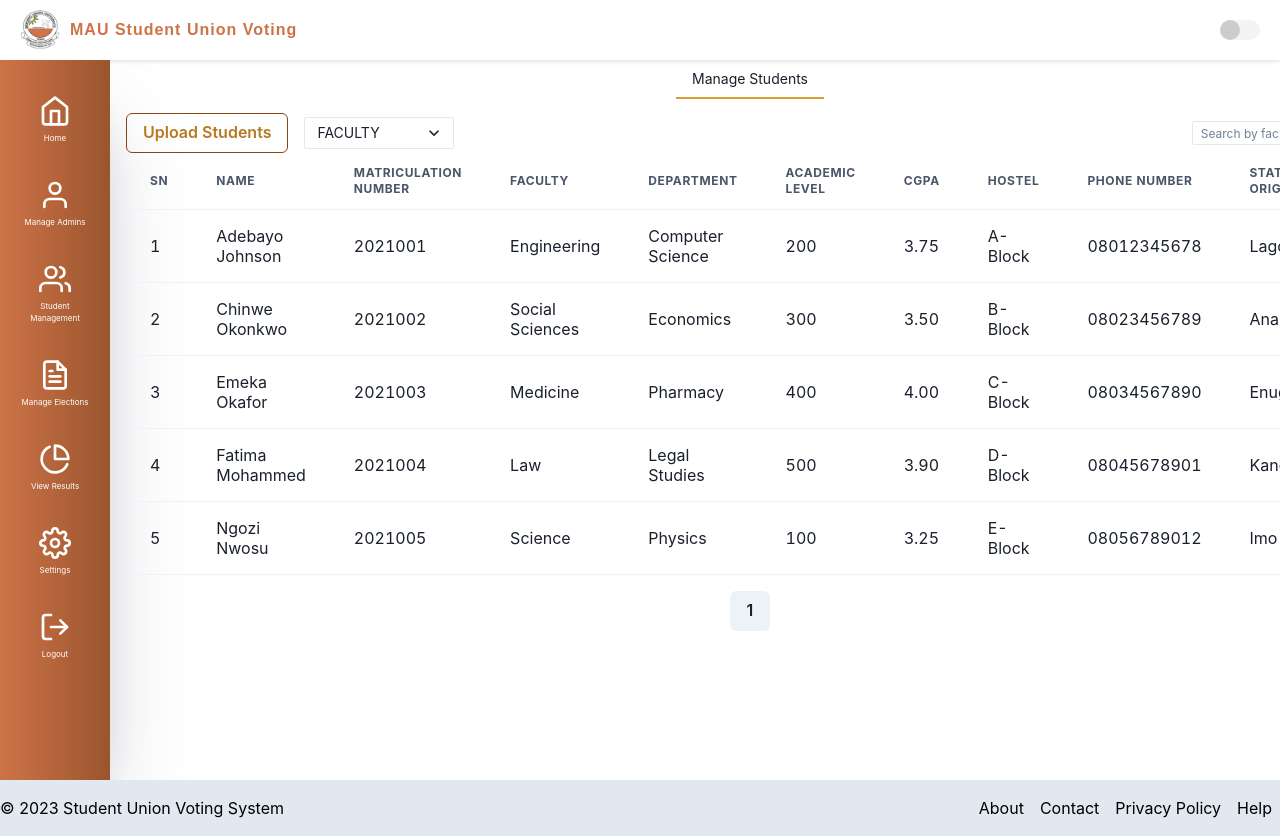
Repository: joena1o/e-vote
Page: /admin-dashboard/student-management
An editor plug-in stored every save of this project. The page is shown before and after the next save, followed by the edit.
The browser window is 1280 px wide. The pictures show the whole page.
The project was rebuilt for these pictures with package versions that can differ from the ones it lists, and the page was loaded fresh each time. Also part of the build but not shown: src/components/EnhancedLogin.js, src/components/BottomNav.js, src/api/index.js, src/components/maincontent/home/Home.styles.js, src/components/maincontent/home/Home.js, src/components/maincontent/RegisterStudents/RegisterStudents.js, src/components/maincontent/ElectionResults/ViewResults.js, src/components/maincontent/ElectionResults/report.js and 22 more.

Above is the page before, as saved 2023-12-15 06:31:02.

### src/index.js
import React from 'react';
import ReactDOM from 'react-dom/client';
import './index.css';
import App from './App';
import reportWebVitals from './reportWebVitals';
import Modal from 'react-modal';

// Set the app element for the modal for accessibility purposes
Modal.setAppElement('#root');

const root = ReactDOM.createRoot(document.getElementById('root'));
root.render(
  <React.StrictMode>
    <App />
  </React.StrictMode>
);

// If you want to start measuring performance in your app, pass a function
// to log results (for example: reportWebVitals(console.log))
// or send to an analytics endpoint. Learn more: https://bit.ly/CRA-vitals
reportWebVitals();

### src/App.js
import React from 'react';
import { BrowserRouter as Router, Routes, Route, Navigate } from 'react-router-dom';
import EnhancedLogin from './components/EnhancedLogin';
import AdminDashboard from './components/AdminDashboard';
import StudentDashboard from './components/StudentDashboard';
import { ChakraProvider, ColorModeProvider, Button, useColorMode } from '@chakra-ui/react';
import { Provider } from 'react-redux';
import store from './Redux/store';
import ElectionCommitteeDashboard from './components/maincontent/ElectionCommitteeDashboard';


// Component to toggle dark mode
function DarkModeToggle() {
  const { colorMode, toggleColorMode } = useColorMode();
  return (
    <Button onClick={toggleColorMode} position="fixed" m={4} zIndex={10}>
      Toggle {colorMode === 'light' ? 'Dark' : 'Light'}
    </Button>
  );
}

function App() {
  // Check if the current route is not the "/login" route, then render the DarkModeToggle
  // const isLoginPage = window.location.pathname === '/login';

  return (
    <Provider store={store}>
      <ChakraProvider>
        <ColorModeProvider options={{ useSystemColorMode: true }}>
          <Router>
            <Routes>
              {/* Define your routes */}
              <Route path="/login" element={<EnhancedLogin />} />
              <Route path="/admin-dashboard/*" element={<AdminDashboard />} />
              <Route path="/ElectionCommittee-dashboard/*" element={<ElectionCommitteeDashboard />} />
              <Route path='/student-dashboard/*' element={<StudentDashboard />} />
              {/* Redirect root to /admin-dashboard */}
              <Route path="/" element={<Navigate to="/admin-dashboard" replace />} />
            </Routes>
          </Router>
          {/* Render DarkModeToggle only if not on the "/login" page */}
          {/* {!isLoginPage && <DarkModeToggle />} */}
        </ColorModeProvider>
      </ChakraProvider>
    </Provider>
  );
}

export default App;

### src/components/AdminDashboard.js
// AdminDashboard.js
import React from 'react';
import { Routes, Route, Navigate } from 'react-router-dom';
import styled from 'styled-components';
import Sidebar from './Sidebar';
import Navbar from './Navbar';
import Footer from './Footer';
import BottomNav from './BottomNav';
import Home from './maincontent/home/Home';
import StudentManagement from './maincontent/RegisterStudents/StudentManagement';
import ViewResults from './maincontent/ElectionResults/ViewElectionResults';
import Settings from './maincontent/Settings/Settings';
import ManageAdmin from './maincontent/ManageAdmins/ManageAdmins';
import ManageElections from './maincontent/ManageElections/ManageElections';
import ElectionVotesLog from './maincontent/ElectionResults/report';

// Define styled components
const Container = styled.div`
  display: flex;
  flex-direction: column;
  min-height: 100vh;
`;

const Content = styled.div`
  display: flex;
  flex: 1;
  overflow-y: auto; /* Allow content to scroll */
  @media (max-width: 768px) {
    flex-direction: column;
  }
`;

const SidebarContainer = styled.div`
  width: 10%; /* Set the width of the sidebar for desktop view */
  @media (max-width: 768px) {
    width: 100%; /* Full width in mobile view */
  }
`;

const BottomNavContainer = styled.div`
  position: fixed;
  bottom: 0;
  width: 100%;
  z-index: 1000;
`;

const AdminDashboardContainer = styled.div`
  @media (max-width: 768px) {
    position: relative;
  }
`;

const AdminDashboard = () => {
  const isSmallScreen = window.innerWidth <= 768;

  return (
    <AdminDashboardContainer>
      <Container>
        {!isSmallScreen && <Navbar />}
        <Content>
          {!isSmallScreen && <SidebarContainer><Sidebar /></SidebarContainer>}
          <Routes>
            <Route index element={<Navigate to="/home" replace />} />
            <Route path="home" element={<Home />} />
            <Route path="student-management" element={<StudentManagement />} />
            <Route path="view-results" element={<ViewResults />} />
            <Route path="settings" element={<Settings />} />
            <Route path="manage-admin" element={<ManageAdmin />} />
            <Route path="manage-elections" element={<ManageElections />} />
            <Route path="election-Results" element={<ElectionVotesLog />} />
          </Routes>
        </Content>
        {isSmallScreen && (
          <BottomNavContainer>
            <BottomNav />
          </BottomNavContainer>
        )}
        {!isSmallScreen && <Footer />}
      </Container>
    </AdminDashboardContainer>
  );
};

export default AdminDashboard;

### src/Redux/store.js
import { configureStore } from '@reduxjs/toolkit';
import electionReducer from './electionSlice';
import studentsReducer from './studentsSlice';
import candidatesReducer from './CandidateSlice'; // Import the candidates reducer

const store = configureStore({
  reducer: {
    elections: electionReducer,
    students: studentsReducer,
    candidates: candidatesReducer, // Add the candidates reducer here
  },
});

export default store;

### src/components/Sidebar.js
import React from 'react';
import styled from 'styled-components';
import { Link } from 'react-router-dom';
import { FiHome, FiUser, FiUsers, FiFileText, FiSettings, FiLogOut, FiPieChart } from 'react-icons/fi';
import { useColorMode } from '@chakra-ui/react';

const SidebarContainer = styled.nav`
  background: ${props => (props.theme === 'dark' ? '#333' : 'linear-gradient(to right, #ce7348, #9a552e)')};
  padding: 15px;
  height: 100vh;
  color: #fff;
  box-shadow: rgba(50, 50, 93, 0.25) 0px 50px 100px -20px, rgba(0, 0, 0, 0.3) 0px 30px 60px -30px;
  display: flex;
  flex-direction: column;
`;

const LinkList = styled.ul`
  list-style-type: none;
  padding: 0;
  flex: 1;
`;

const StyledLink = styled(Link)`
  text-decoration: none;
  color: #fff;
  display: flex;
  flex-direction: column;
  align-items: center;
  transition: color 0.3s ease;
  margin-bottom: 15px;
  cursor: pointer;
  font-size: 0.5rem;

  &:hover {
    color: #fce364;
  }

  width: 80px;
  text-align: center;
  word-wrap: break-word;
  overflow-wrap: break-word;

  @media (max-width: 768px) {
    font-size: 0.4rem;
  }

  @media (max-width: 480px) {
    font-size: 0.3rem;
  }
`;

const LinkItem = styled.li`
  display: flex;
  align-items: center;
  margin-top: 20px;
`;

const Icon = styled.div`
  font-size: 2rem;
  color: #fff;

  @media (max-width: 768px) {
    font-size: 0.9rem;
  }

  @media (max-width: 480px) {
    font-size: 0.8rem;
  }

  margin-bottom: 5px;

  ${StyledLink}:hover & {
    color: #fce364;  // Change icon color when the link is hovered
  }
`;

function Sidebar() {
  const { colorMode } = useColorMode();

  return (
    <SidebarContainer theme={colorMode}>
      <LinkList>
        <LinkItem>
          <StyledLink to="/admin-dashboard">
            <Icon><FiHome /></Icon>
            Home
          </StyledLink>
        </LinkItem>
        <LinkItem>
          <StyledLink to="/admin-dashboard/manage-admin">
            <Icon><FiUser /></Icon>
            Manage Admins
          </StyledLink>
        </LinkItem>
        <LinkItem>
          <StyledLink to="/admin-dashboard/student-management">
            <Icon><FiUsers /></Icon>
            Student Management
          </StyledLink>
        </LinkItem>
        <LinkItem>
          <StyledLink to="/admin-dashboard/manage-elections">
            <Icon><FiFileText /></Icon>
            Manage Elections
          </StyledLink>
        </LinkItem>
        <LinkItem>
          <StyledLink to="/admin-dashboard/view-results">
            <Icon><FiPieChart /></Icon>
            View Results
          </StyledLink>
        </LinkItem>
        <LinkItem>
          <StyledLink to="/admin-dashboard/settings">
            <Icon><FiSettings /></Icon>
            Settings
          </StyledLink>
        </LinkItem>
        <LinkItem>
          <StyledLink to="/logout">
            <Icon><FiLogOut /></Icon>
            Logout
          </StyledLink>
        </LinkItem>
      </LinkList>
    </SidebarContainer>
  );
}

export default Sidebar;

### src/components/Navbar.js
import React from 'react';
import styled, { createGlobalStyle } from 'styled-components';
import logo from '../assets/school_logo.jpg';
import { useColorMode } from '@chakra-ui/react';

const GlobalStyle = createGlobalStyle`
  body {
    background-color: ${props => (props.theme === 'dark' ? '#333' : '#fff')};
    color: ${props => (props.theme === 'dark' ? '#fff' : '#000')}; // Set other component texts to black in light mode
  }
`;

const Header = styled.header`
  background: ${props => (props.theme === 'dark' ? '#333' : '#fff')};
  color: ${props => (props.theme === 'dark' ? '#fff' : '#ce7348')}; // Set navbar text to brown in light mode
  padding: 10px 20px;
  display: flex;
  align-items: center;
  justify-content: flex-start;
  box-shadow: 0px 2px 4px rgba(0, 0, 0, 0.1);
  font-family: 'Poppins', sans-serif;
`;


const Logo = styled.img`
  width: 40px;
  height: 40px;
  border-radius: 20px;
  margin-right: 10px;
`;

const Title = styled.h1`
  margin: 0;
  padding: 0;
  font-size: 1rem;
  font-weight: 600;
  letter-spacing: 1px;
`;

const ToggleSlider = styled.label`
  display: flex;
  align-items: center;
  cursor: pointer;
  margin-left: auto;
`;

const SliderInput = styled.input.attrs({ type: 'checkbox' })`
  display: none;
`;

const Slider = styled.div`
  width: 40px;
  height: 20px;
  background-color: ${props => (props.theme === 'dark' ? '#333' : '#f4f4f4')};
  border-radius: 20px;
  position: relative;
  transition: background-color 0.3s ease;
  cursor: pointer;

  &::after {
    content: '';
    width: 20px;
    height: 20px;
    border-radius: 50%;
    background-color: ${props => (props.theme === 'dark' ? '#fff' : '#ccc')};
    position: absolute;
    top: 50%;
    transform: translateY(-50%);
    left: ${props => (props.theme === 'dark' ? '20px' : '0')};
    transition: left 0.3s ease;
  }
`;

function Navbar() {
  const { colorMode, toggleColorMode } = useColorMode();

  return (
    <>
      <GlobalStyle theme={colorMode} />
      <Header theme={colorMode}>
        <Logo src={logo} alt="University Logo" />
        <Title>MAU Student Union Voting</Title>
        <ToggleSlider>
          <SliderInput type="checkbox" onChange={toggleColorMode} />
          <Slider theme={colorMode} />
        </ToggleSlider>
      </Header>
    </>
  );
}

export default Navbar;

### src/components/Footer.js
import React from 'react';
import { Box, Flex, Text, Link } from '@chakra-ui/react';

const Footer = ({ colorMode }) => {
  const handleDownloadDocumentation = () => {

    const pdfUrl = '/path/to/your/documentation.pdf';

    //  anchor element that triggers  download
    const link = document.createElement('a');
    link.href = pdfUrl;
    link.download = 'documentation.pdf';
    link.click();
  };

    return (
      <Box as="footer" mt="auto" py={4} bg={colorMode === 'dark' ? 'gray.800' : 'gray.200'} color={colorMode === 'dark' ? 'white' : 'black'}>
        <Flex justify="space-between" align="center">
          <Text>&copy; 2023 Student Union Voting System</Text>
          <Flex>
            <Link mx={2} href="#about">
              About
            </Link>
            <Link mx={2} href="#contact">
              Contact
            </Link>
            <Link mx={2} href="#privacy">
              Privacy Policy
            </Link>
            <Link mx={2} onClick={handleDownloadDocumentation}>
              Help
            </Link>
          </Flex>
        </Flex>
      </Box>
    );
  };

  export default Footer;

### src/components/maincontent/RegisterStudents/StudentManagement.js
import React, { useState } from 'react';
import { Tabs, TabList, TabPanels, Tab, TabPanel, Box, Flex, Heading } from '@chakra-ui/react';
import ManageStudents from './ManageStudents';
import RegisterStudents from './RegisterStudents';

const StudentManagement = () => {
  const [activeTab, setActiveTab] = useState(0);

  const handleTabChange = (index) => {
    setActiveTab(index);
  };

  return (
    <Flex direction="column" align="center" w="100%" h="100vh"> {/* Set height to 100vh for full screen */}

      <Box w="100%" maxW="100%">
        <Tabs index={activeTab} onChange={handleTabChange} isLazy>
          <TabList display="flex" justifyContent="center" mx="auto" borderBottom="none">
            <Tab fontSize="sm" px={4} py={2} _selected={{ borderBottom: '2px solid', borderColor: 'yellow.500' }}>
              Manage Students
            </Tab>

          </TabList>
          <TabPanels>
            <TabPanel>
              <ManageStudents />
            </TabPanel>

          </TabPanels>
        </Tabs>
      </Box>
    </Flex>
  );
};

export default StudentManagement;

### src/Redux/electionSlice.js
/*import { createSlice, createAsyncThunk } from '@reduxjs/toolkit';
import { API, graphqlOperation } from 'aws-amplify';
import { createElection as createElectionAPI } from '../graphql/mutations';

export const createElection = createAsyncThunk(
  'elections/createElection',
  async (election, { rejectWithValue }) => {
    try {
      const result = await API.graphql(graphqlOperation(createElectionAPI, { input: election }));
      return result.data.createElection;
    } catch (error) {
      return rejectWithValue(error);
    }
  }
);

const electionSlice = createSlice({
  name: 'elections',
  initialState: [],
  reducers: {},
  extraReducers: (builder) => {
    builder.addCase(createElection.fulfilled, (state, action) => {
      state.push(action.payload);
    });
  },
});

export default electionSlice.reducer;
*/

### src/Redux/studentsSlice.js
import { createSlice } from '@reduxjs/toolkit';

export const studentsSlice = createSlice({
  name: 'students',
  initialState: [],
  reducers: {
    addStudents: (state, action) => {
      // Add students to the Redux store
      action.payload.forEach(student => {
        state.push(student);
      });
    },
  },
});

export const { addStudents } = studentsSlice.actions;

export default studentsSlice.reducer;

### src/Redux/CandidateSlice.js

import { createSlice } from '@reduxjs/toolkit';

export const candidatesSlice = createSlice({
  name: 'candidates',
  initialState: [],
  reducers: {
    setCandidates: (state, action) => {
      return action.payload;
    },
  },
});

export const { setCandidates } = candidatesSlice.actions;
export default candidatesSlice.reducer;

Loaded but not shown: public/index.html (common file); src/index.css (common file); src/reportWebVitals.js (common file); src/components/maincontent/RegisterStudents/ManageStudents.js (351 lines, source omitted)

After the next save:
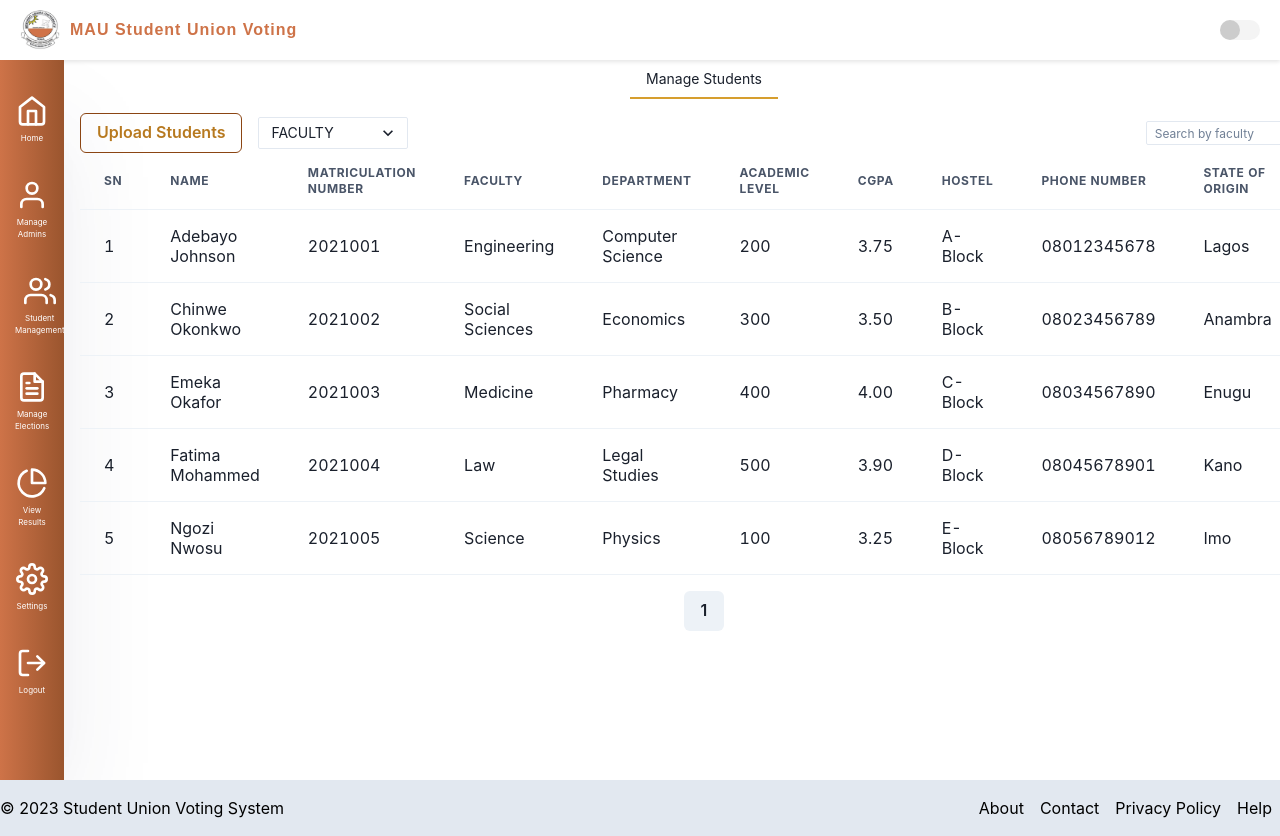
Saved 37 s later.
--- a/src/components/AdminDashboard.js
+++ b/src/components/AdminDashboard.js
@@ -31,7 +31,7 @@
 `;
 
 const SidebarContainer = styled.div`
-  width: 10%; /* Set the width of the sidebar for desktop view */
+  width: 5%; /* Set the width of the sidebar for desktop view */
   @media (max-width: 768px) {
     width: 100%; /* Full width in mobile view */
   }

After the save that followed:
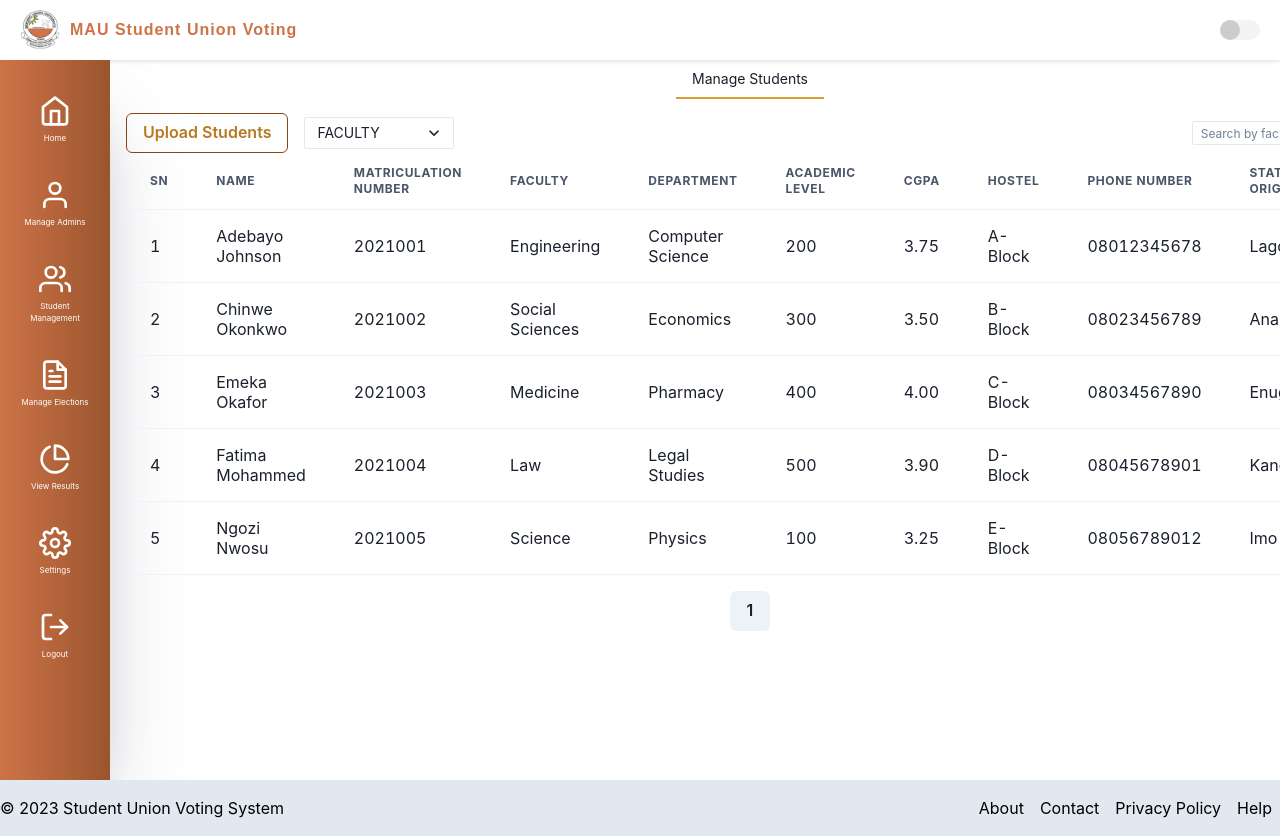
Saved 23 s later.
--- a/src/components/AdminDashboard.js
+++ b/src/components/AdminDashboard.js
@@ -31,7 +31,7 @@
 `;
 
 const SidebarContainer = styled.div`
-  width: 5%; /* Set the width of the sidebar for desktop view */
+  /* Set the width of the sidebar for desktop view */
   @media (max-width: 768px) {
     width: 100%; /* Full width in mobile view */
   }
